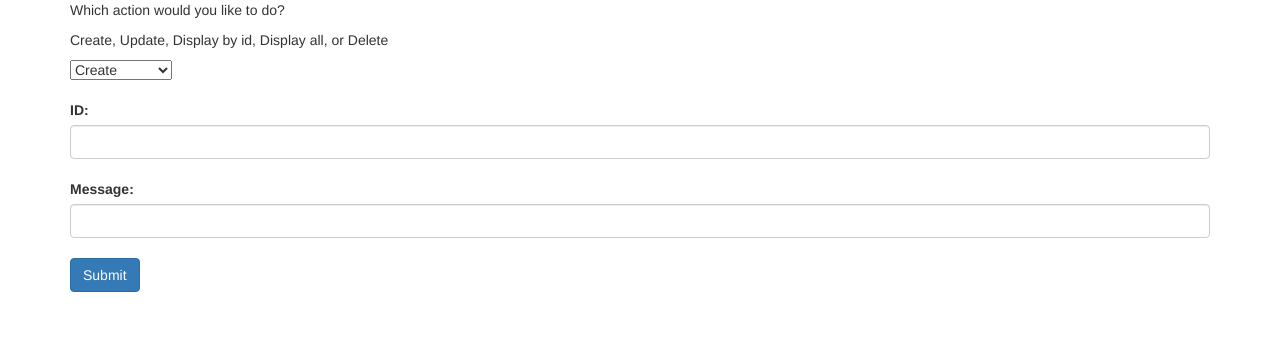
Repository: kddean/Lab3
Page: ToDoSystem-SinglePage/WebContent/ToDo.html
The author's editor kept a copy of each file at every save. The page is drawn from the files as they stood at one save, then again after the next save.
The browser window is 1280 px wide. The pictures show the whole page.

Above is the page before, as saved 2016-03-25 23:25:15.
Console error: SyntaxError: Unexpected token 'var'

After the next save:
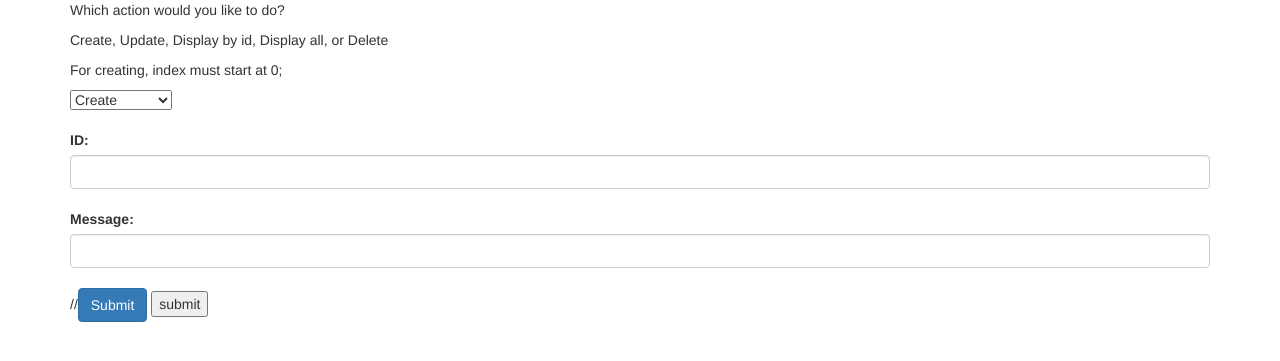
Saved 3 min 8 s later.
--- a/ToDoSystem-SinglePage/WebContent/ToDo.html
+++ b/ToDoSystem-SinglePage/WebContent/ToDo.html
@@ -15,7 +15,7 @@
 	<div class="form-group">
 	<p>Which action would you like to do?</p>
 	<p>Create, Update, Display by id, Display all, or Delete</p>
-
+	<p> For creating, index must start at 0; </p>
 	<select name="actions">
 		<option value="create">Create</option>
   		<option value="update">Update</option>
@@ -28,7 +28,8 @@
 	<br>
 	<label>Message:</label><input type="text" class="form-control" name="message">
 	<br>
-	<button type="submit" value="Submit" onclick='loadDoc("ToDo")' class="btn btn-primary">Submit</button>
+	//<button type="submit" value="Submit" onclick='loadDoc("ToDo")' class="btn btn-primary">Submit</button>
+	<input type="button" value="submit" onclick='loadDoc("ToDo")'/>
 	</div>
 </form>
 </div>
